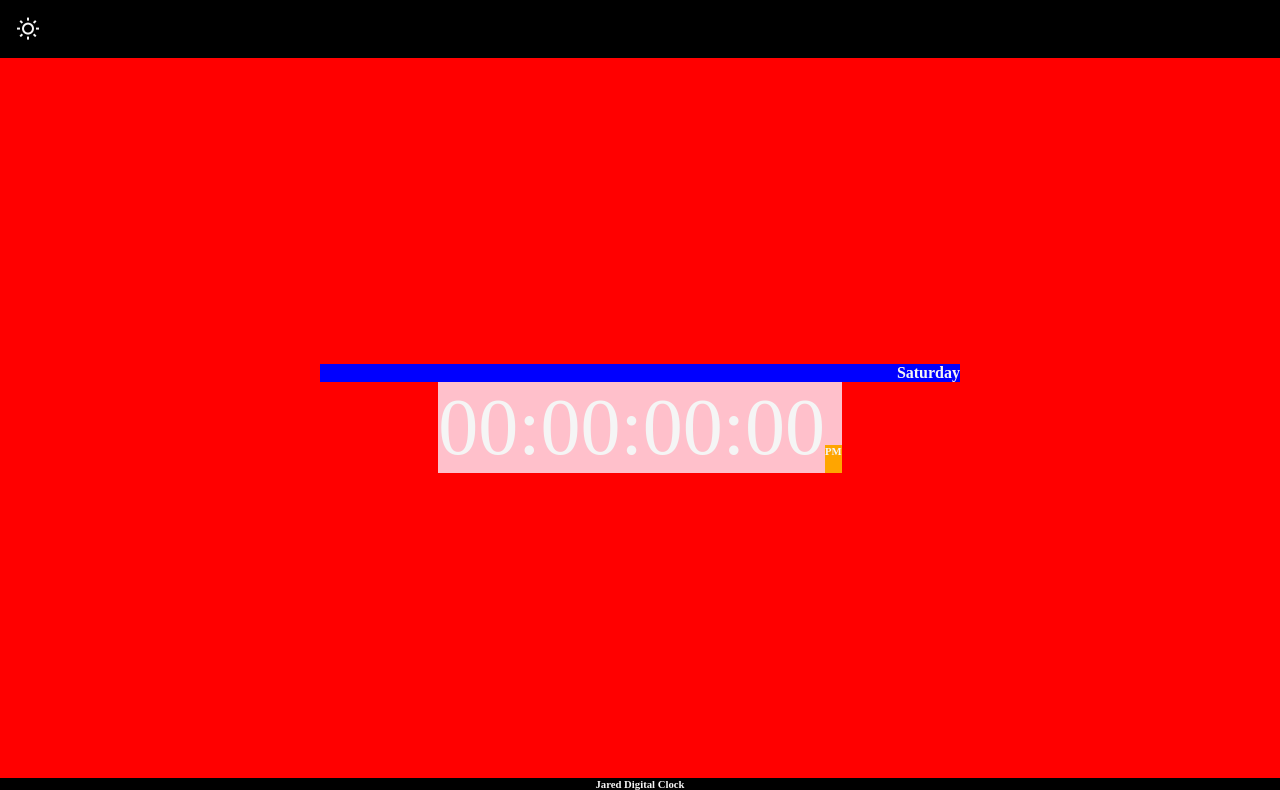
Repository: EguJaredoBoyd/Jared-Digital-Clock
Page: index.html
The author's editor kept a copy of each file at every save. The page is drawn from the files as they stood at one save, then again after the next save.
The browser window is 1280 px wide. The pictures show the whole page.
Some web libraries are served in a nearby version.

Above is the page before, as saved 2026-01-03 23:41:21.

After the next save:
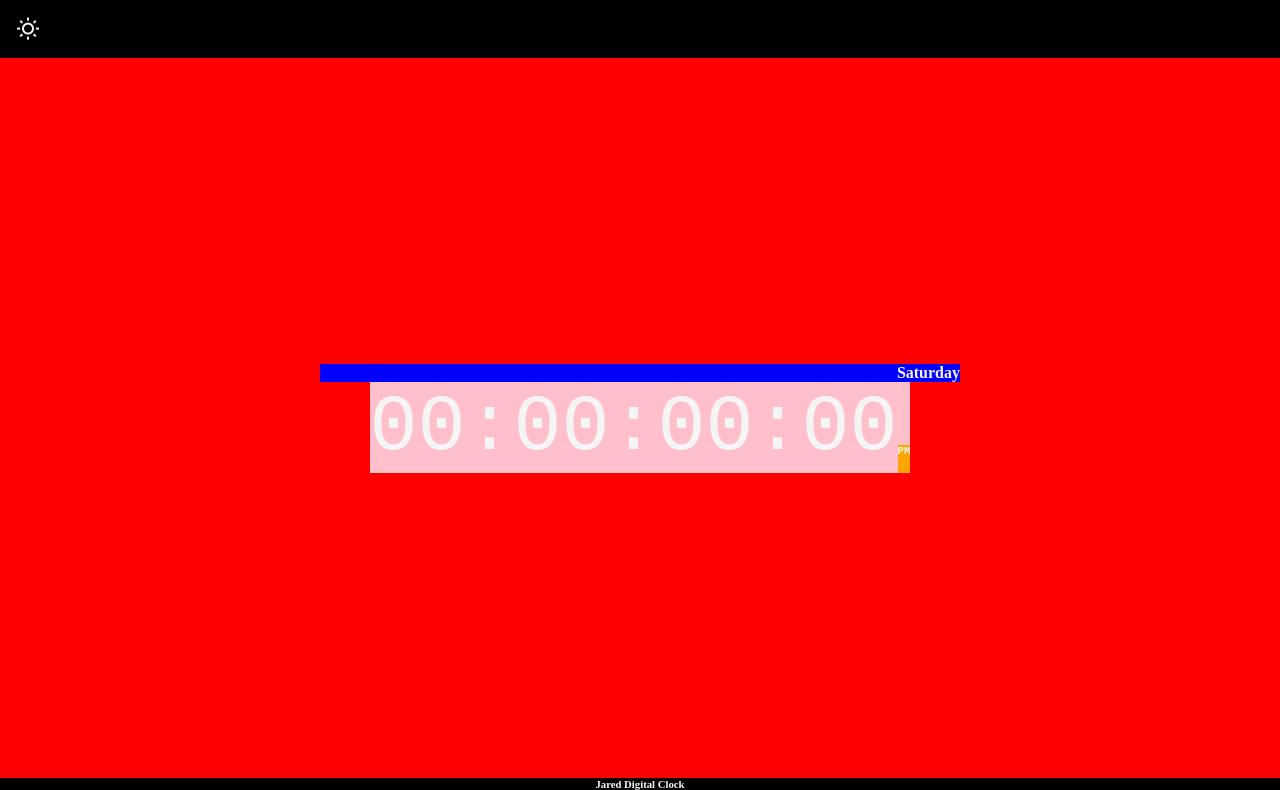
Saved 6 min 55 s later.
--- a/css/styles.css
+++ b/css/styles.css
@@ -46,6 +46,7 @@ header button i {
 .watch-container__time {
   background-color: pink;
   display: flex;
+  font-family: "Courier New", Courier, monospace;
 }
 
 .watch-container__time p {
